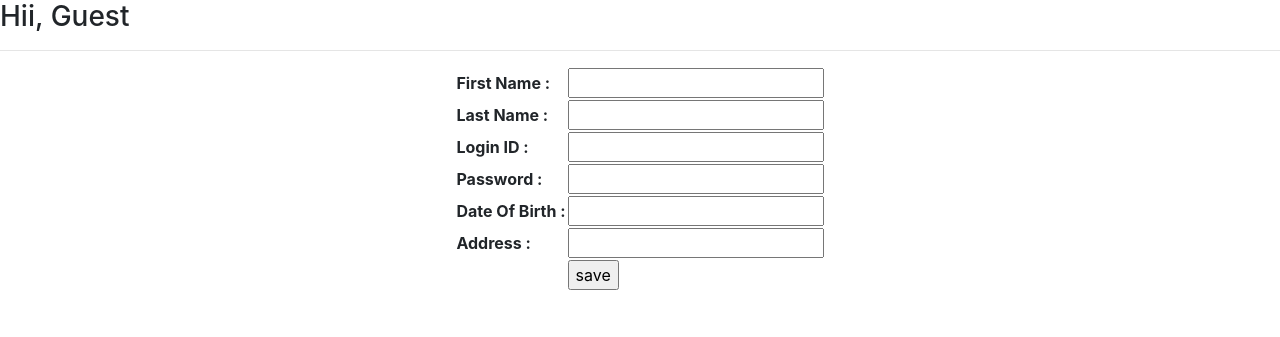
Repository: NikhilKhandait/Spring_MVC
Page: http://localhost/spring-mvc/WEB-INF/pages/UserView.jsp
The author's editor kept a copy of each file at every save. The page is drawn from the files as they stood at one save, then again after the next save.
The browser window is 1280 px wide. The pictures show the whole page.
Some web libraries are served in a nearby version. The page is served by Tomcat 9. Nobody is signed in. Other server files are loaded and not shown. The template is opened directly, without the code that normally fills it, so the values that code supplies are empty.

Above is the page before, as saved 2024-05-24 06:33:34.

### New folder/Spring-mvc/spring-mvc/src/main/webapp/WEB-INF/pages/UserView.jsp
<%@ page language="java" contentType="text/html; charset=ISO-8859-1"
	pageEncoding="ISO-8859-1"%>
<%@ page isELIgnored="false"%>
<%@taglib uri="http://java.sun.com/jsp/jstl/core" prefix="c"%>
<%@taglib uri="http://www.springframework.org/tags/form" prefix="sf"%>
<%@taglib uri="http://www.springframework.org/tags" prefix="s"%>
<!DOCTYPE html>
<html>
<head>
<meta charset="ISO-8859-1">
<title>Insert title here</title>
</head>
<body>
	<%@ include file="Header.jsp"%>
	<sf:form method="post" modelAttribute="form">
		<div align="center">

			<c:if test="${form.id>0}">
				<h1 style="color: navy">Update User</h1>
			</c:if>
			<c:if test="${form.id==0}">
				<h1 style="color: navy">Add User</h1>
			</c:if>
			<table>
				<tr>
					<th align="left">First Name :</th>
					<td><sf:input path="firstName" /></td>
				</tr>
				<tr>
					<th align="left">Last Name :</th>
					<td><sf:input path="lastName" /></td>
				</tr>
				<tr>
					<th align="left">Login ID :</th>
					<td><sf:input path="login" /></td>
				</tr>
				<tr>
					<th align="left">Password :</th>
					<td><sf:input path="password" /></td>
				</tr>
				<tr>
					<th align="left">Date Of Birth :</th>
					<td><sf:input path="dob" /></td>
				</tr>
				<tr>
					<th align="left">Address :</th>
					<td><sf:input path="address" /></td>
				</tr>
				<tr>
					<th></th>
					<td><input type="submit" name="operation" value="save"></td>
				</tr>
			</table>
		</div>
	</sf:form>
	<%-- <%@ include file="Footer.jsp"%> --%>
</body>
</html>

### New folder/Spring-mvc/spring-mvc/src/main/webapp/WEB-INF/pages/Header.jsp
<%@ page language="java" contentType="text/html; charset=ISO-8859-1"
	pageEncoding="ISO-8859-1"%>
<%@ page isELIgnored="false"%>
<%@taglib uri="http://java.sun.com/jsp/jstl/core" prefix="c"%>
<%@taglib uri="http://www.springframework.org/tags/form" prefix="sf"%>
<%@taglib uri="http://www.springframework.org/tags" prefix="s"%>
<!DOCTYPE html>
<html>
<head>
<meta charset="ISO-8859-1">
<title>Insert title here</title>
<link rel="stylesheet"
	href="https://use.fontawesome.com/releases/v5.6.3/css/all.css"
	integrity="sha384-UHRtZLI+pbxtHCWp1t77Bi1L4ZtiqrqD80Kn4Z8NTSRyMA2Fd33n5dQ8lWUE00s/"
	crossorigin="anonymous">


<link rel="stylesheet"
	href="https://maxcdn.bootstrapcdn.com/bootstrap/4.4.1/css/bootstrap.min.css">
<script
	src="https://ajax.googleapis.com/ajax/libs/jquery/3.4.1/jquery.min.js"></script>
<script
	src="https://maxcdn.bootstrapcdn.com/bootstrap/4.4.1/js/bootstrap.min.js"></script>
<style type="text/css">
.reg {
	background-image: linear-gradient(to right, #d7d2cc 0%, #304352 100%);
}
</style>

</head>
<body>
<div style="color: black">
	<c:if test="${not empty sessionScope.user}">
		<h3 align="center">
			Hii,

			<c:out value="${sessionScope.user.firstName}"></c:out>
			&ensp;

			   <a href="<c:url value="/User"/>" class="btn btn-info" >Add User</a> | <a
				href="<c:url value="/User/search"/>" class="btn btn-warning">User List</a> | <a
				href="<c:url value="/Login?operation=logout"/>"class="btn btn-danger">Logout</a>
		</h3>
	</c:if>

	</div>
	<c:if test="${empty sessionScope.user}">
		<h3>Hii, Guest</h3>
	</c:if>
	<hr>
</body>
</html>

After the next save:
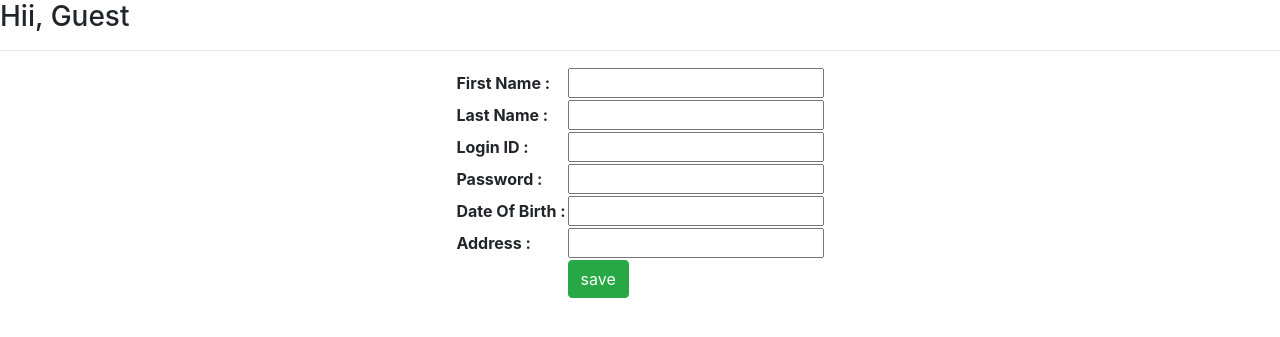
Saved 2 min 51 s later.
--- a/New folder/Spring-mvc/spring-mvc/src/main/webapp/WEB-INF/pages/UserView.jsp
+++ b/New folder/Spring-mvc/spring-mvc/src/main/webapp/WEB-INF/pages/UserView.jsp
@@ -48,7 +48,7 @@
 				</tr>
 				<tr>
 					<th></th>
-					<td><input type="submit" name="operation" value="save"></td>
+					<td><input type="submit" name="operation" class="btn btn-success" value="save"></td>
 				</tr>
 			</table>
 		</div>
